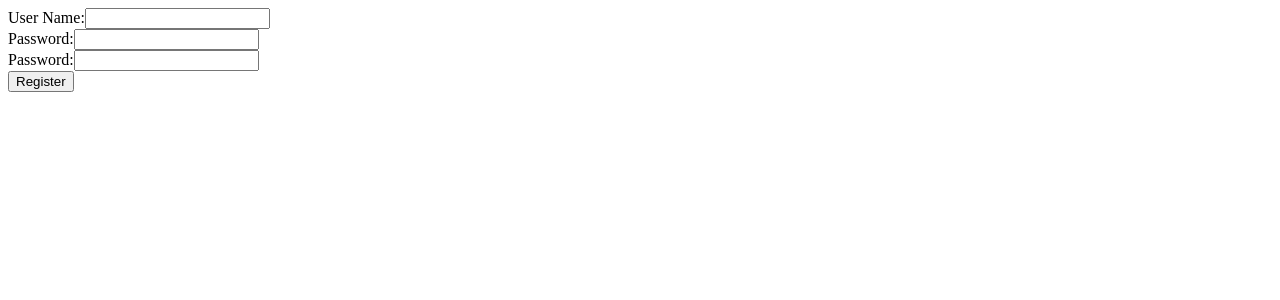
Repository: janewang0110/project
Page: SimpleLogin/login/WebContent/register.html
These files come from the project's save history. The page is drawn as it stood at one moment and after the next save; the edit follows.
The browser window is 1280 px wide. The pictures show the whole page.

Above is the page before, as saved 2017-05-14 20:04:53.

After the next save:
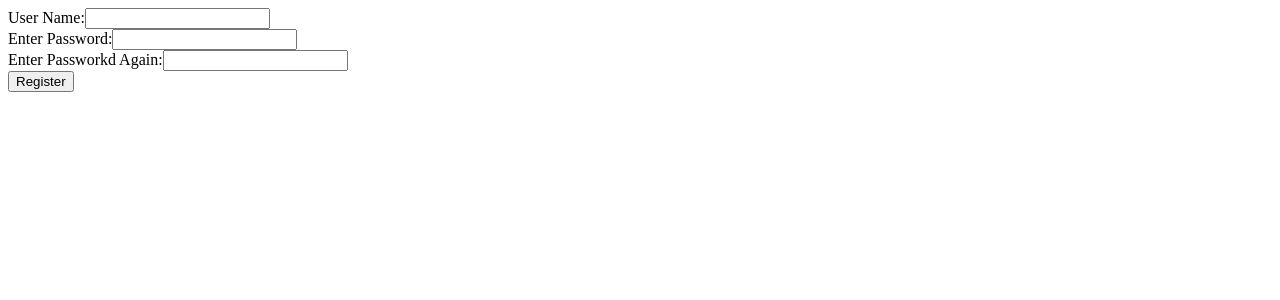
Saved 52 s later.
--- a/SimpleLogin/login/WebContent/register.html
+++ b/SimpleLogin/login/WebContent/register.html
@@ -5,8 +5,8 @@
     <body>
         <form method="post" action="Register">
         User Name:<input type="text" name="user" /><br/>
-        Password:<input type="text" name="pass1" /><br/>
-        Password:<input type="text" name="pass2" /><br/>
+        Enter Password:<input type="text" name="pass1" /><br/>
+        Enter Passworkd Again:<input type="text" name="pass2" /><br/>
         <input type="submit" value="Register" />
         </form>
     </body>
